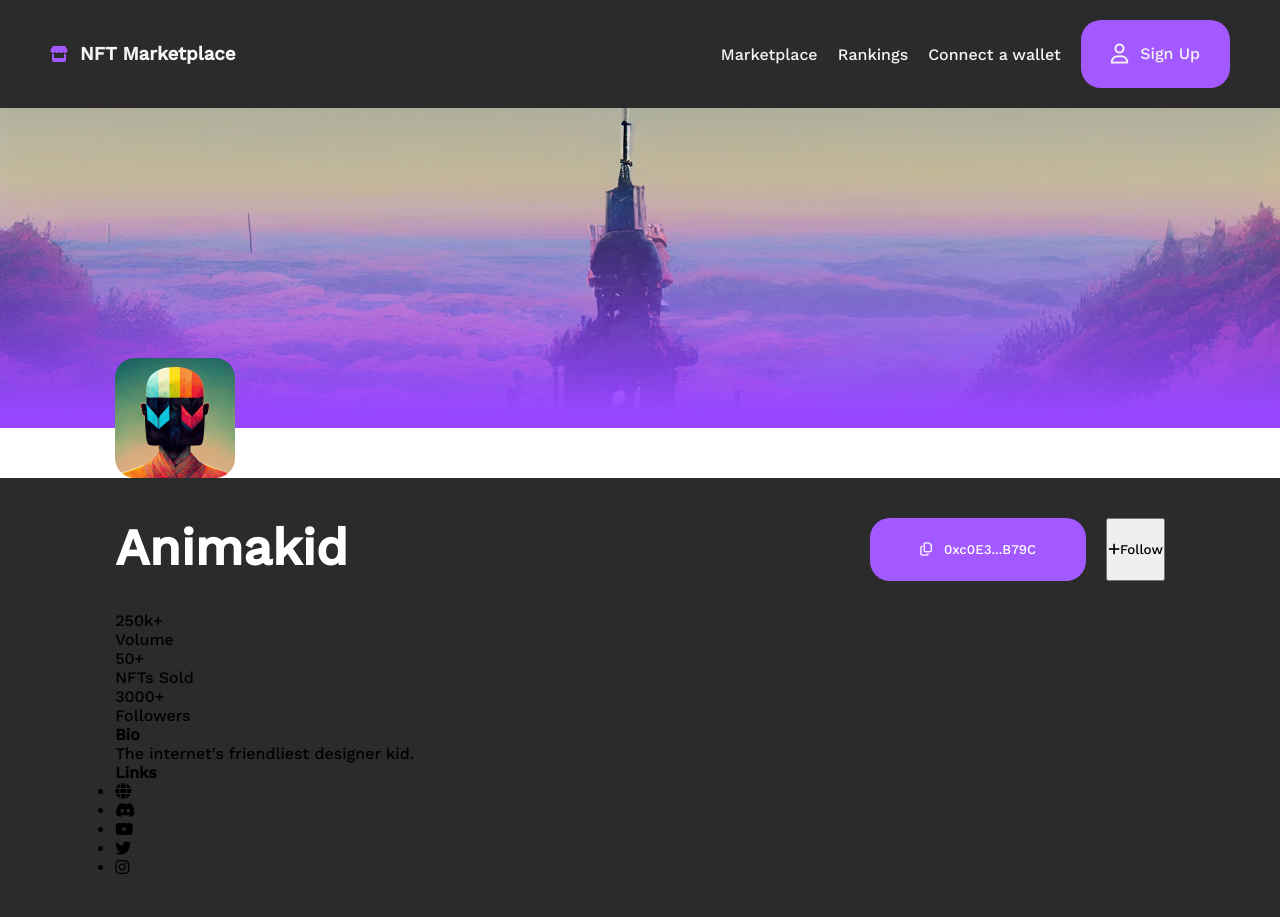
Repository: levananh202ht/NFT_Marketplace
Page: index.html
An editor plug-in stored every save of this project. The page is shown before and after the next save, followed by the edit.
The browser window is 1280 px wide. The pictures show the whole page.

Above is the page before, as saved 2023-12-09 13:52:17.

After the next save:
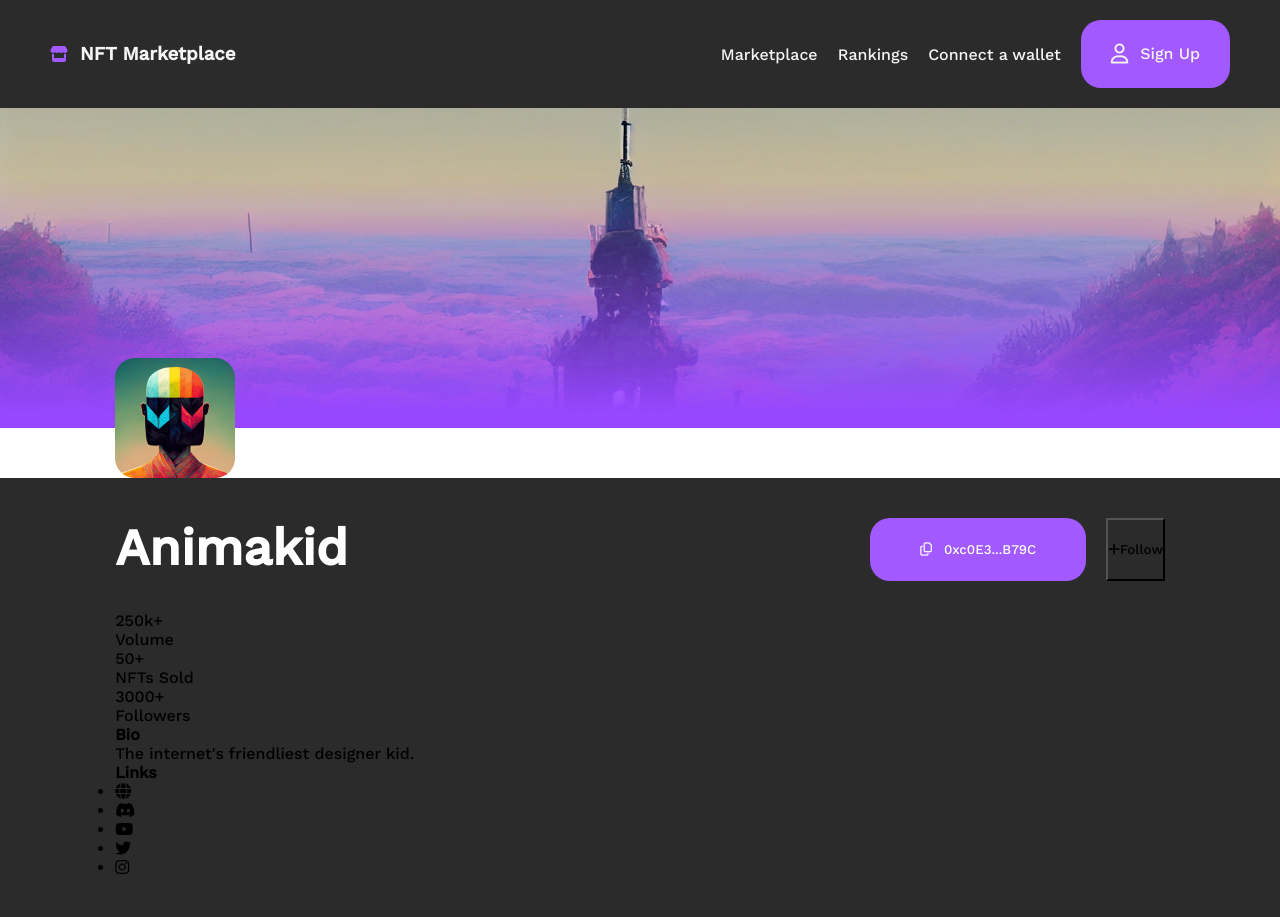
Saved 50 s later.
--- a/index.css
+++ b/index.css
@@ -104,4 +104,6 @@
     margin-left: 20px;
     display: flex;
     align-items: center;
+    background: #2B2B2B;
+
 }
